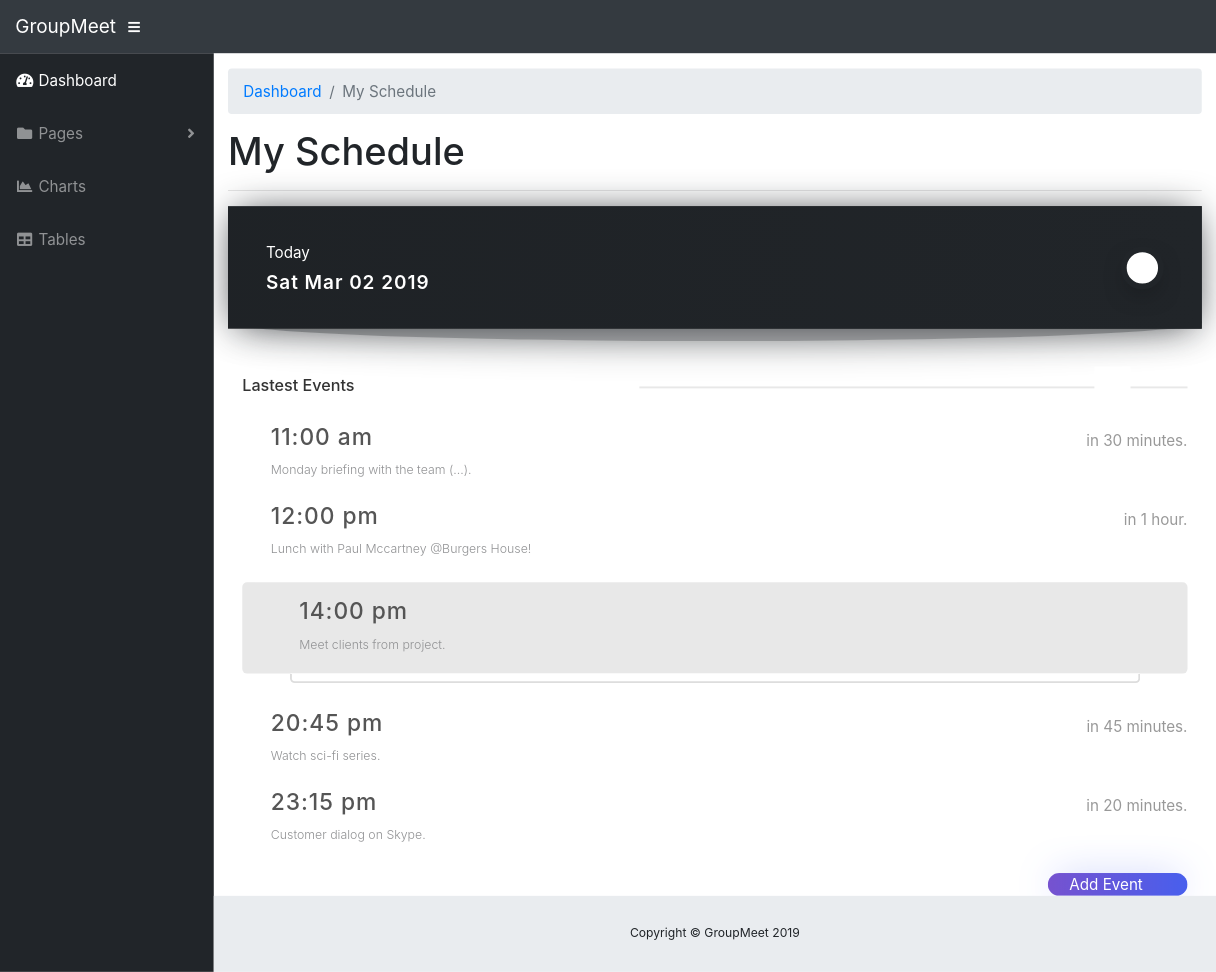
Repository: Map2g/GroupMeet
Page: messing_around.html
The author's editor kept a record of every edit. The page is drawn from the files as they stood at one moment, then again after the next edit.
The browser window is 1280 px wide. The pictures show the whole page, at 95% of full size.

Above is the page before.

### messing_around.html
<!DOCTYPE html>
  <meta charset="utf-8">
  <meta http-equiv="X-UA-Compatible" content="IE=edge">
  <meta name="viewport" content="width=device-width, initial-scale=1, shrink-to-fit=no">
  <meta name="description" content="">
  <meta name="author" content="">

  <title>SB Admin - Dashboard</title>

  <!-- Custom fonts for this template-->
  <link href="vendor/fontawesome-free/css/all.min.css" rel="stylesheet" type="text/css">

  <!-- Page level plugin CSS-->
  <link href="vendor/datatables/dataTables.bootstrap4.css" rel="stylesheet">
  <link href="calendar.css" rel="stylesheet">

  <!-- Custom styles for this template-->
  <link href="css/sb-admin.css" rel="stylesheet">

</head>

<body id="page-top">

  <nav class="navbar navbar-expand navbar-dark bg-dark static-top">

    <a class="navbar-brand mr-1" href="index.html">GroupMeet</a>

    <button class="btn btn-link btn-sm text-white order-1 order-sm-0" id="sidebarToggle" href="#">
      <i class="fas fa-bars"></i>
    </button>

    <!-- Navbar Search
    <form class="d-none d-md-inline-block form-inline ml-auto mr-0 mr-md-3 my-2 my-md-0">
      <div class="input-group">
        <input type="text" class="form-control" placeholder="Search for..." aria-label="Search" aria-describedby="basic-addon2">
        <div class="input-group-append">
          <button class="btn btn-primary" type="button">
            <i class="fas fa-search"></i>
          </button>
        </div>
      </div>
    </form>

    <!-- Navbar
    <ul class="navbar-nav ml-auto ml-md-0">
      <li class="nav-item dropdown no-arrow mx-1">
        <a class="nav-link dropdown-toggle" href="#" id="alertsDropdown" role="button" data-toggle="dropdown" aria-haspopup="true" aria-expanded="false">
          <i class="fas fa-bell fa-fw"></i>
          <span class="badge badge-danger">9+</span>
        </a>
        <div class="dropdown-menu dropdown-menu-right" aria-labelledby="alertsDropdown">
          <a class="dropdown-item" href="#">Action</a>
          <a class="dropdown-item" href="#">Another action</a>
          <div class="dropdown-divider"></div>
          <a class="dropdown-item" href="#">Something else here</a>
        </div>
      </li>
      <li class="nav-item dropdown no-arrow mx-1">
        <a class="nav-link dropdown-toggle" href="#" id="messagesDropdown" role="button" data-toggle="dropdown" aria-haspopup="true" aria-expanded="false">
          <i class="fas fa-envelope fa-fw"></i>
          <span class="badge badge-danger">7</span>
        </a>
        <div class="dropdown-menu dropdown-menu-right" aria-labelledby="messagesDropdown">
          <a class="dropdown-item" href="#">Action</a>
          <a class="dropdown-item" href="#">Another action</a>
          <div class="dropdown-divider"></div>
          <a class="dropdown-item" href="#">Something else here</a>
        </div>
      </li>
      <li class="nav-item dropdown no-arrow">
        <a class="nav-link dropdown-toggle" href="#" id="userDropdown" role="button" data-toggle="dropdown" aria-haspopup="true" aria-expanded="false">
          <i class="fas fa-user-circle fa-fw"></i>
        </a>
        <div class="dropdown-menu dropdown-menu-right" aria-labelledby="userDropdown">
          <a class="dropdown-item" href="#">Settings</a>
          <a class="dropdown-item" href="#">Activity Log</a>
          <div class="dropdown-divider"></div>
          <a class="dropdown-item" href="#" data-toggle="modal" data-target="#logoutModal">Logout</a>
        </div>
      </li>
    </ul>-->

  </nav>

  <div id="wrapper">

    <!-- Sidebar -->
    <ul class="sidebar navbar-nav">
      <li class="nav-item active">
        <a class="nav-link" href="index.html">
          <i class="fas fa-fw fa-tachometer-alt"></i>
          <span>Dashboard</span>
        </a>
      </li>
      <li class="nav-item dropdown">
        <a class="nav-link dropdown-toggle" href="#" id="pagesDropdown" role="button" data-toggle="dropdown" aria-haspopup="true" aria-expanded="false">
          <i class="fas fa-fw fa-folder"></i>
          <span>Pages</span>
        </a>
        <div class="dropdown-menu" aria-labelledby="pagesDropdown">
          <h6 class="dropdown-header">Login Screens:</h6>
          <a class="dropdown-item" href="login.html">Login</a>
          <a class="dropdown-item" href="register.html">Register</a>
          <a class="dropdown-item" href="forgot-password.html">Forgot Password</a>
          <div class="dropdown-divider"></div>
          <h6 class="dropdown-header">Group Management:</h6>
          <a class="dropdown-item" href="register_group.html">Create a Group</a>
          <a class="dropdown-item" href="blank.html">View Group</a>
        </div>
      </li>
      <li class="nav-item">
        <a class="nav-link" href="charts.html">
          <i class="fas fa-fw fa-chart-area"></i>
          <span>Charts</span></a>
      </li>
      <li class="nav-item">
        <a class="nav-link" href="tables.html">
          <i class="fas fa-fw fa-table"></i>
          <span>Tables</span></a>
      </li>
    </ul>

    <div id="content-wrapper">

      <div class="container-fluid">

        <!-- Breadcrumbs-->
        <ol class="breadcrumb">
          <li class="breadcrumb-item">
            <a href="index.html">Dashboard</a>
          </li>
          <li class="breadcrumb-item active">My Schedule</li>
        </ol>

        <!-- Page Content -->
        <h1>My Schedule</h1>
        <hr>

         <!--======= Today =======-->

   <section class="today-box" id="today-box">
      <span class="breadcrumb2">Today</span>  <!--Doesn't work right-->
      <h3 class="date-title"><script>document.write(new Date().toDateString());</script></h3>
      <div class="plus-icon">
         <i class="ion ion-ios-add"></i>
      </div>
   </section>

   <!--======= Upcoming Events =======-->

   <section class="upcoming-events">
      <div class="container">
         <h3>
            Lastest Events

         </h3>
         <div class="events-wrapper">
            <div class="event">
               <i class="ion ion-ios-flame hot"></i>
               <h4 class="event__point">11:00 am</h4>
               <span class="event__duration">in 30 minutes.</span>
               <p class="event__description">
                  Monday briefing with the team (...).
               </p>
            </div>
            <div class="event">
               <i class="ion ion-ios-flame done"></i>
               <h4 class="event__point">12:00 pm</h4>
               <span class="event__duration">in 1 hour.</span>
               <p class="event__description">
                  Lunch with Paul Mccartney @Burgers House!
               </p>
            </div>
            <div class="event active">
               <i class="ion ion-ios-radio-button-on icon-in-active-mode"></i>
               <h4 class="event__point">14:00 pm</h4>
               <p class="event__description">
                  Meet clients from project.
               </p>
            </div>
            <div class="event">
               <i class="ion ion-ios-flame-outline upcoming"></i>
               <h4 class="event__point">20:45 pm</h4>
               <span class="event__duration">in 45 minutes.</span>
               <p class="event__description">
                  Watch sci-fi series.
               </p>
            </div>
            <div class="event">
               <i class="ion ion-ios-flame-outline upcoming"></i>
               <h4 class="event__point">23:15 pm</h4>
               <span class="event__duration">in 20 minutes.</span>
               <p class="event__description">
                  Customer dialog on Skype.
               </p>
            </div>
         </div>
         <button class="add-event-button">
            <span class="add-event-button__title">Add Event</span>

            <span class="add-event-button__icon">
               <i class="ion ion-ios-star-outline"></i>
            </span>


         </button>
      </div>
   </section>


      </div>
      <!-- /.container-fluid -->

      <!-- Sticky Footer -->
      <footer class="sticky-footer">
        <div class="container my-auto">
          <div class="copyright text-center my-auto">
            <span>Copyright © GroupMeet 2019</span>
          </div>
        </div>
      </footer>

    </div>
    <!-- /.content-wrapper -->

  </div>
  <!-- /#wrapper -->

  <!-- Scroll to Top Button-->
  <a class="scroll-to-top rounded" href="#page-top">
    <i class="fas fa-angle-up"></i>
  </a>

  <!-- Logout Modal-->
  <div class="modal fade" id="logoutModal" tabindex="-1" role="dialog" aria-labelledby="exampleModalLabel" aria-hidden="true">
    <div class="modal-dialog" role="document">
      <div class="modal-content">
        <div class="modal-header">
          <h5 class="modal-title" id="exampleModalLabel">Ready to Leave?</h5>
          <button class="close" type="button" data-dismiss="modal" aria-label="Close">
            <span aria-hidden="true">×</span>
          </button>
        </div>
        <div class="modal-body">Select "Logout" below if you are ready to end your current session.</div>
        <div class="modal-footer">
          <button class="btn btn-secondary" type="button" data-dismiss="modal">Cancel</button>
          <a class="btn btn-primary" href="login.html">Logout</a>
        </div>
      </div>
    </div>
  </div>

  <!-- Bootstrap core JavaScript-->
  <script src="vendor/jquery/jquery.min.js"></script>
  <script src="vendor/bootstrap/js/bootstrap.bundle.min.js"></script>

  <!-- Core plugin JavaScript-->
  <script src="vendor/jquery-easing/jquery.easing.min.js"></script>

  <!-- Custom scripts for all pages-->
  <script src="js/sb-admin.min.js"></script>

</body>

</html>

### calendar.css

html {
   box-sizing: border-box;
}

*, *:before, *:after {
   box-sizing: inherit;
}

* {
   outline: 0;
}

/*body {
   background: linear-gradient(45deg, rgb(19, 73, 95), rgb(118, 75, 226), rgb(131, 115, 198), rgb(119, 211, 185));
   background-attachment: fixed;
   height:100vh;
   padding: 3rem 0;
   margin: 0;
   color: #555;
   font: {
      family: 'Lato', sans-serif;
      size: 14px;
   }
}*/

.container {
   width: 90%;
   margin: auto;
}

.mobile-wrapper {
   background: #fff;
   /* relative with .today-box::before*/
   z-index: 1;  /*positive*/ // PARENT
   position: relative;
   /*---------*/
   width: 380px;
   min-height: 100%;
   margin: auto;
   padding: 10px 0 20px;
   border-radius: 10px;
   box-shadow: 0px 10px 30px -10px #000;
   overflow: hidden;

}

/*.header {
   padding-bottom: 15px;
   margin-bottom: 40px;
   .container {
      position: relative;
      span {
         color: #444;
         font: {
            family: 'Ramabhadra';
            size: 21px;
            weight: 700;
         }
      }
      h1 {
         margin-top: 5px;
         color: #919294;
         font: {
            size: 13px;
            weight: 300;
         }
      }

      .menu-toggle {
         width: 25px;
         height: 25px;
         background: #fff;
         padding: 24px;
         border-radius: 50%;
         direction: rtl;
         display: flex;
         align-items: center;
         justify-content: center;
         box-shadow: 0px 10px 30px -14px #000;
         position: absolute;
         top: 0;
         right: 0;
         cursor: pointer;
         span {
            display: block;
            width: 25px;
            height: 2px;
            background: #777;
            border-radius: 2px;
            transition: all 300ms ease;
            &:not(:last-child) {
               margin-bottom: 5px;
            }
            &:first-child {
               width: 20px;
            }
            &:last-child {
               width: 15px;
            }
         }
         &:hover span:first-child,
         &:hover span:last-child {
            width: 100%;
         }
      }
      &::before {
         content: "";
         display: block;
         width: 0;
         height: 0;
         border: 6px solid transparent;
         border-left-color: #e8e8e8;
         position: absolute;
         bottom: -13px;
         right: 0px;
      }
      &::after {
         content: "";
         display: block;
         width: calc(100% - 10px);
         height: 2px;
         background-color: #e8e8e8;
         position: relative;
         top: 8px;
      }
   }
}*/

.today-box {
   background: linear-gradient(to left, #212529, rgba(0, 0, 0, 0.075)), #212529;
   color: #FFF;
   padding: 37px 40px;
   position: relative;
   box-shadow: 0px 0px 40px -9px #212529;
   margin-bottom: 50px;
   &::before {
      content: "";
      background: linear-gradient(to left, #212529, rgba(0, 0, 0, 0.075)), #212529;
      opacity: 0.4;
      z-index: -1; // CHILD /*negative*/ /* relative with .mobile-wrapper it's his parent background*/
      display: block;
      width: 100%;
      height: 40px;
      margin: auto;
      position: absolute;
      bottom: -13px;
      left: 50%;
      transform: translatex(-50%);
      border-radius: 50%;
      box-shadow: 0px 0px 40px 0 #212529;
   }
   .breadcrumb {
      font-weight: 300;
      position: relative;
      &::after {
         content: "\f3d1";
         font-family: 'Ionicons';
         vertical-align: middle;
         font-size: 12px;
         font-weight: 100;
         display: inline-block;
         color: #000;
         text-align: center;
         position: absolute;
         left: 45px;
         top: 3px;
      }
   }
   .date-title {
      font-size: 20px;
      margin: 7px 0 0 0;
      letter-spacing: 1px;
      font-weight: 600;
      text-shadow: 0px 0px 5px  rgba(#000, 0.15);

   }
   .plus-icon {
      border: 2px solid rgba(#FFF, 0.6);
      border-radius: 50%;
      box-shadow: 0px 10px 30px -14px #000;
      position: absolute;
      top: 50%;
      transform: translateY(-50%);
      right: 40px;
      cursor: pointer;
      transition: all 350ms ease;
      transition-timing-function: cubic-bezier(0.05,1.8,1,1.57);
      &:hover {
         transform: translateY(-40%);
      }
      i {
         font-size: 22px;
         font-weight: 700;
         background: #fff;
         color: #777;
         width: 45px;
         height: 45px;
         border: 6px solid #212529;
         border-radius: 50%;
         display: flex;
         align-items: center;
         justify-content: center;
      }
      &:active {
         top: 52%;
         transform: translatey(-52%);
         right: 38px;
         box-shadow: 0px 8px 30px -14px #000;

      }
   }
}


.upcoming-events {
   .container {
      h3 {
         color: #333;
         font-size: 17px;
         margin-bottom: 30px;
         position: relative;
         &::before {
            content: "";
            display: block;
            width: 58%;
            height: 2px;
            background-color: #e8e8e8;
            position: absolute;
            top: 60%;
            transform: translatey(-60%);
            right: 0;
         }
         &::after {
            content: "\f3ff";
            font-family: 'Ionicons';
            color: rgba(0, 0, 0, 0.1);
            vertical-align: middle;
            font-size: 36px;
            font-weight: 100;
            display: inline-block;
            background: #fff;
            color: #919294;
            width: 38px;
            text-align: center;
            position: absolute;
            right: 60px;
            top: -10px;
         }
      }
      .events-wrapper {
         margin-bottom: 30px;
         .event {
            position: relative;
            margin-bottom: 25px;
            padding-left:30px;
            cursor: pointer;
            i {
               font-size: 24px;
               font-weight: 100;
               position: absolute;
               left: 0;
               top: -4px;
            }
            .event__point {
               margin: 0;
               color: #555;
               font: {
                  size: 15px;
                  weight: 800;
               }
               letter-spacing: 1px;
            }
            .event__duration {
               position: absolute;
               top: 5px;
               right: 0;
               color: #999;
               font: {
                  size: 10px;
                  weight: 800;
                  style: italic;
               }
            }
            .event__description {
               margin-top: 10px;
               color: #919294;
               font-size: 13px;
               font-weight: 300;

            }
            &.active {
               background: #e8e8e8;
               padding: 17px 0 5px 60px;
               margin-bottom: 38px;
               border-radius: 5px;
               &::after {
                  content:"";
                  display: block;
                  width: 90%;
                  height: 10px;
                  background: #fff;
                  border: 2px solid #ddd;
                  border-top:0;
                  border-radius: 0 0 5px 5px;
                  position: absolute;
                  bottom: -10px;
                  left: 50%;
                  transform: translatex(-50%);
               }
               i {
                  position: absolute;
                  left: 25px;
                  top: 17px;
               }
               .event__description {
                  &::before,
                  &::after {
                     content: "\f3d1";
                     font-family: 'Ionicons';
                     font-size: 32px;
                     display: inline-block;
                     color: #919294;
                     text-align: center;
                     position: absolute;
                     right: 30px;
                     top: 50%;
                     transform: translateY(-50%);
                     cursor: pointer;
                  }
                  &::before {
                     right: 45px;
                     font-size: 22px;
                     transition: all 550ms ease;
                     transition-timing-function: cubic-bezier(0.05,1.8,1,1.57);
                  }
               }
               &:hover .event__description::before {
                  transform: translate(15px, -12px);
               }
            }
         }
      }
   }
}


.hot {
   color: #ee6b51;
}

.done {
   color: #999 !important;
}

.icon-in-active-mode {
   color: #43ff28;
   font-size: 20px !important;
}

.upcoming {
   font-weight: bold;
   color: #777

}


.add-event-button {
   display: flex;
   align-items: center;
   margin-left: auto;
   border: 0;
   padding: 0;
   background: linear-gradient(to left, #485fed, rgba(255, 44, 118, .25)), #485fed;
   border-radius: 50px;
   cursor: pointer;
   box-shadow: 0px 0px 40px -9px #485fed;
   &:active {
      position: relative;
      top: 2px;
      left: 2px;
   }
   .add-event-button__title{
      color: #FFF;
      padding: 0 18px 0 23px;
      text-shadow: 0px 0px 5px  rgba(#000, 0.2);
      font: {
         family: 'Lato';
         size: 15px;
         weight: 600;
      }
   }
   .add-event-button__icon {
      display: inline-block;
      background: rgba(#FFF, 0.1);
      padding: 0 17px 0 12px;
      height: 100%;
      i {
         margin: 0;
         color: #fff;
         font-size: 25px;
         padding: 13px 0;
      }
   }
}

Loaded but not shown: vendor/fontawesome-free/css/all.min.css (library); vendor/datatables/dataTables.bootstrap4.css (library); css/sb-admin.css (library); vendor/jquery/jquery.min.js (library); vendor/bootstrap/js/bootstrap.bundle.min.js (library); vendor/jquery-easing/jquery.easing.min.js (common file); js/sb-admin.min.js (common file)

After the next edit:
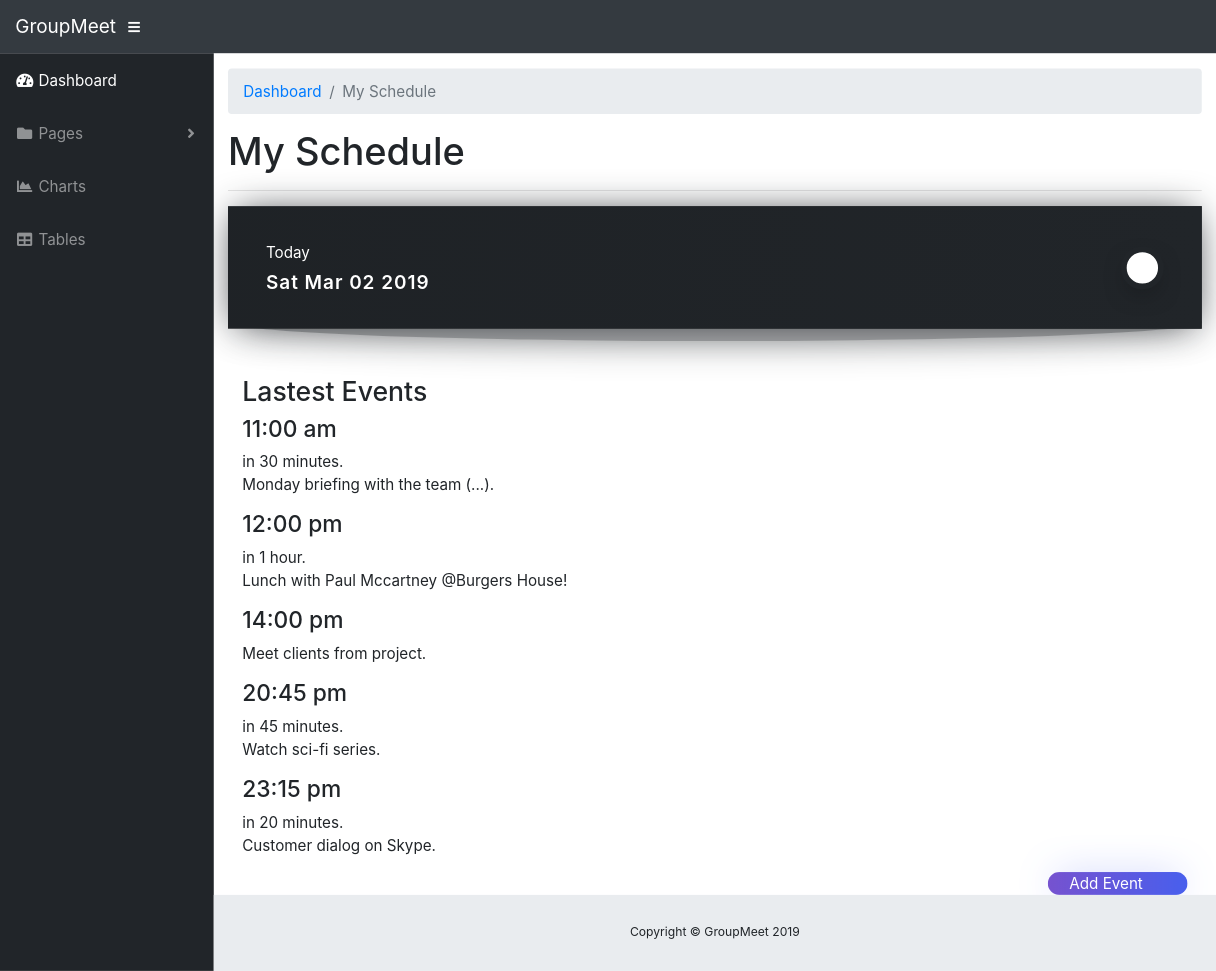
The edit:
--- a/calendar.css
+++ b/calendar.css
@@ -153,7 +153,7 @@
    .breadcrumb {
       font-weight: 300;
       position: relative;
-      &::after {
+      /*&::after {*/
          content: "\f3d1";
          font-family: 'Ionicons';
          vertical-align: middle;

After the edit that followed:
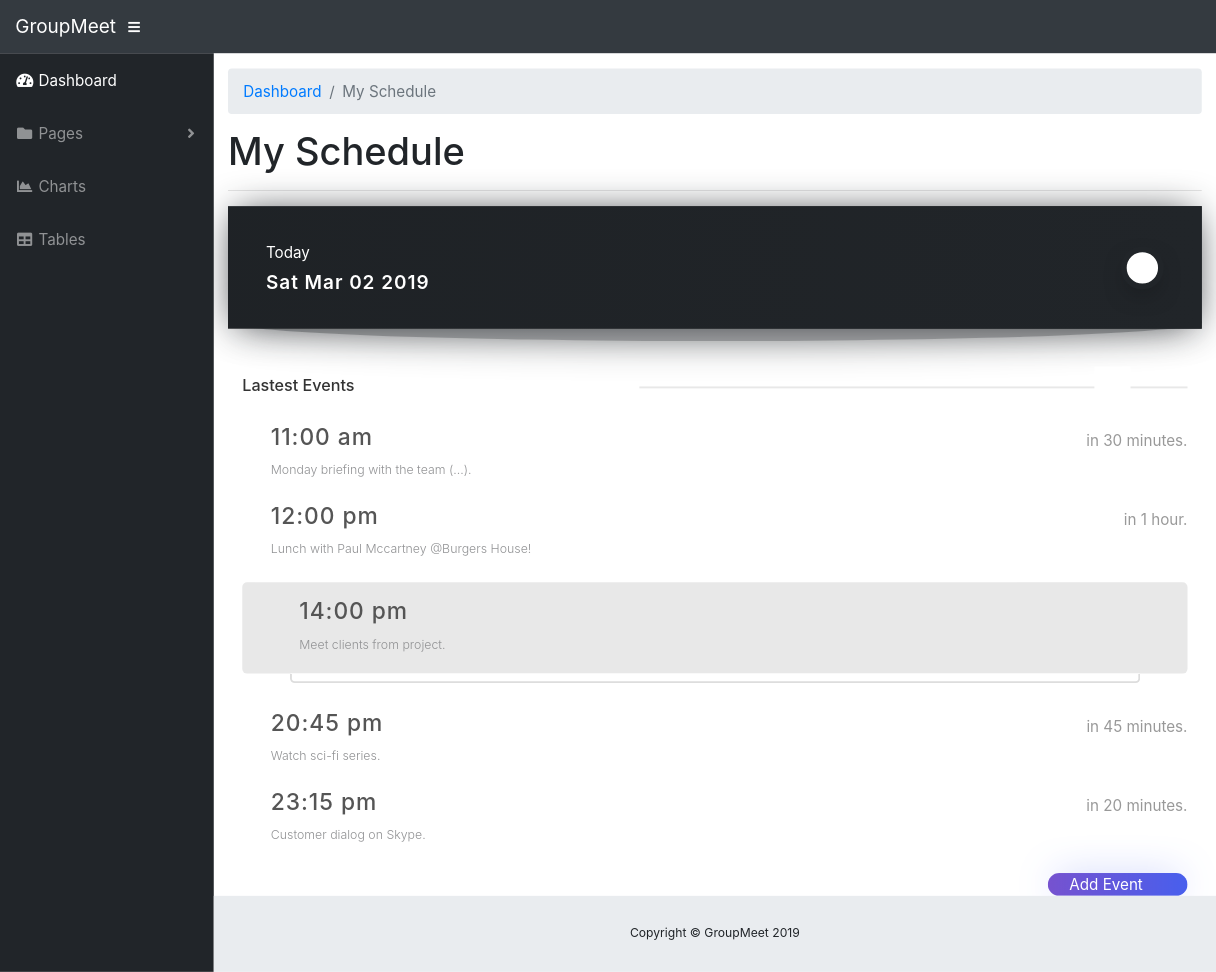
The edit:
--- a/calendar.css
+++ b/calendar.css
@@ -165,7 +165,7 @@
          position: absolute;
          left: 45px;
          top: 3px;
-      }
+
    }
    .date-title {
       font-size: 20px;
